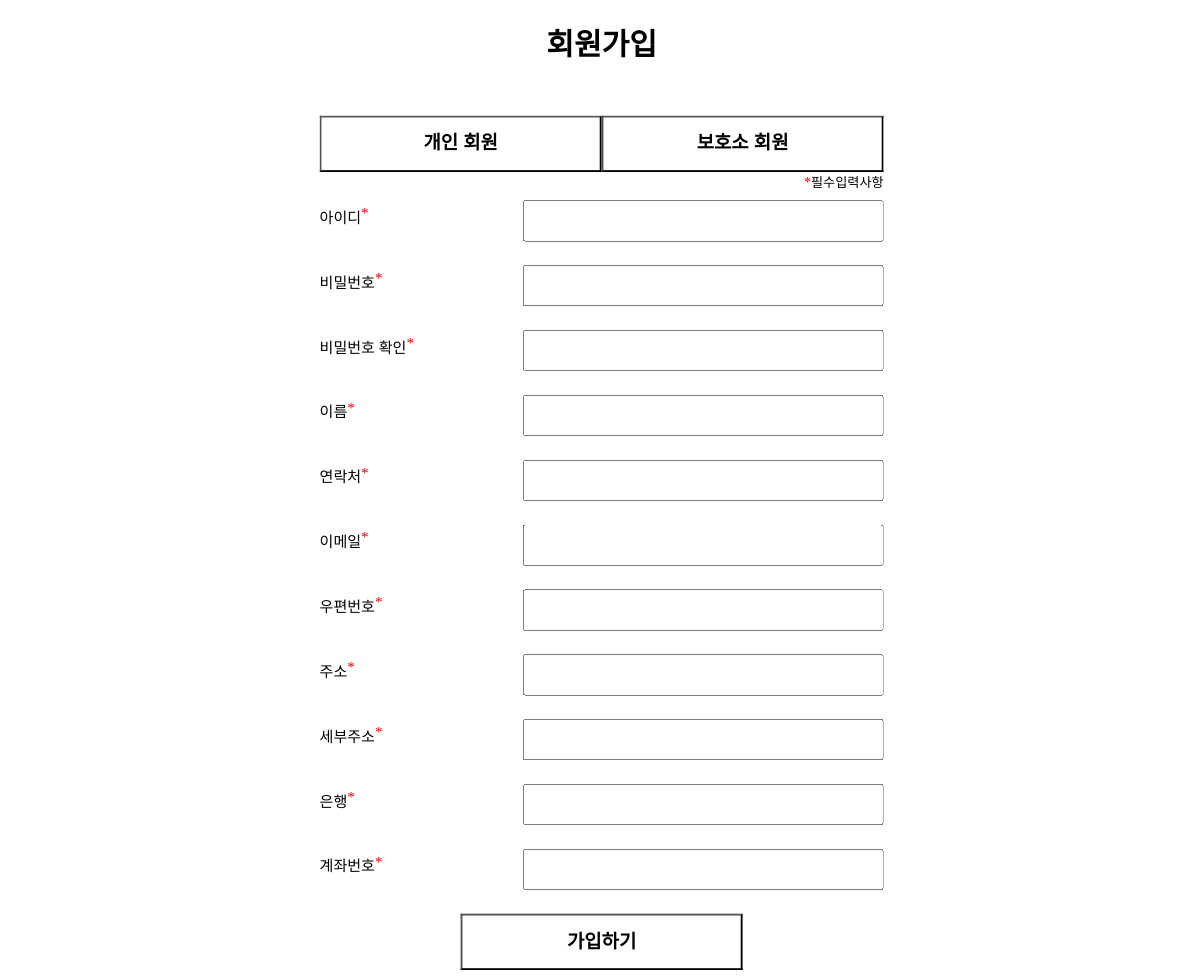
Repository: jngwk/Project-Bark
Page: http://localhost/Bark/include/joinFrm.jsp
An editor plug-in stored every save of this project. The page is shown before and after the next save, followed by the edit.
The browser window is 1280 px wide. The pictures show the whole page, at 94% of full size.
The page is served by Tomcat 9.

Above is the page before, as saved 2024-03-30 19:48:44.

After the next save:
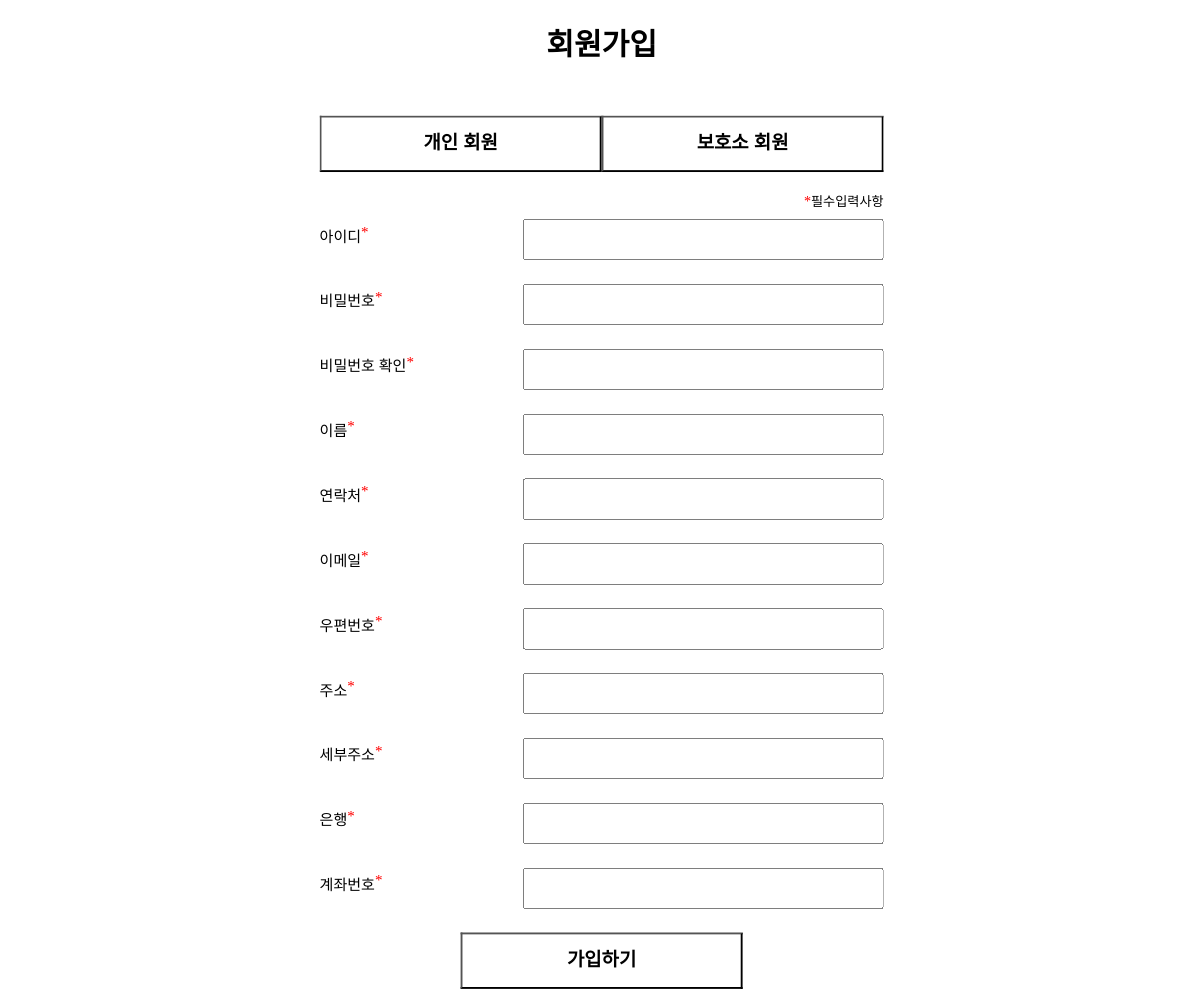
Saved 10 min 49 s later.
--- a/java_workspace/Bark/src/main/webapp/include/joinFrm.jsp
+++ b/java_workspace/Bark/src/main/webapp/include/joinFrm.jsp
@@ -51,9 +51,9 @@
         <div class="join-form">
             <h1>회원가입</h1>
             <form action="joinProc.jsp" method="post">
-	            <div class="join-select">
-	            	<button type="button" class="btn checked" id="user-join-btn">개인 회원</button>
-	            	<button type="button" class="btn" id="shelter-join-btn">보호소 회원</button>
+	            <div class="user-type-select">
+	            	<button type="button" class="user-type btn checked" id="user-join-btn">개인 회원</button>
+	            	<button type="button" class="user-type btn" id="shelter-join-btn">보호소 회원</button>
 	            </div>
             	<div>
             	<p id="required"><span class="red-star">*</span>필수입력사항</p>
